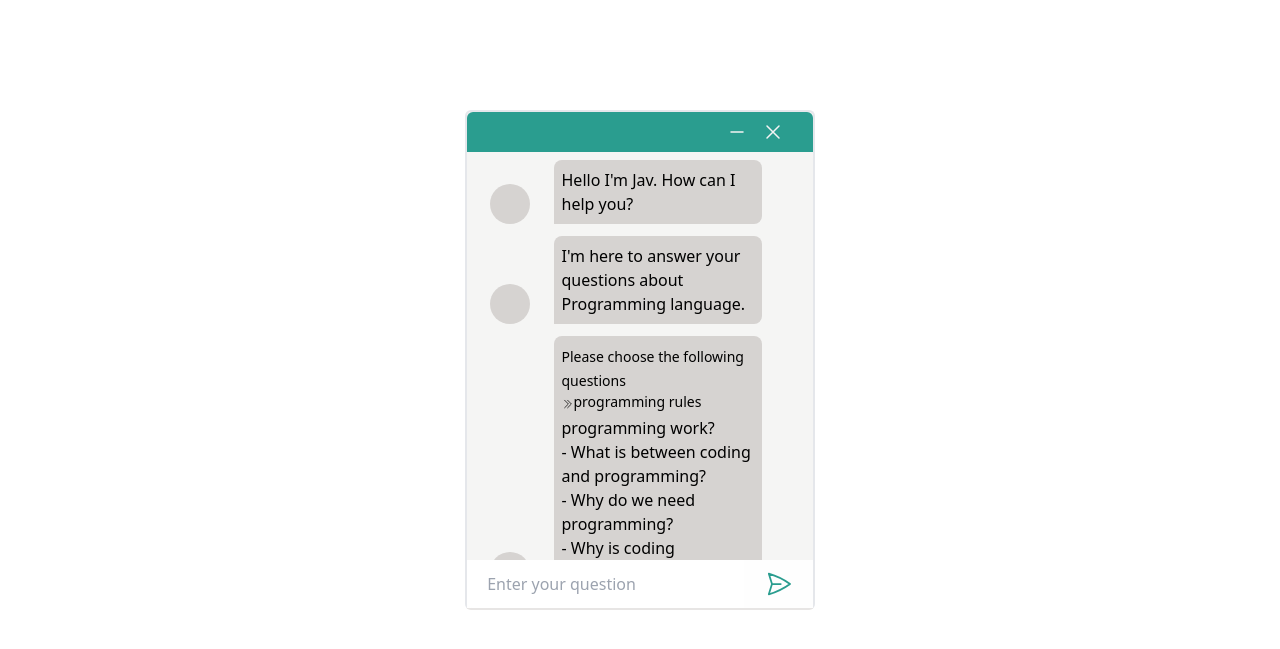
Repository: hsumyatm7308/Chatbot
Page: index.html
These files come from the project's save history. The page is drawn as it stood at one moment and after the next save; the edit follows.
The browser window is 1280 px wide. The pictures show the whole page.
Some web libraries are served in a nearby version.

Above is the page before, as saved 2023-07-09 12:44:08.

### index.html
<!DOCTYPE html>
<html>

<head>
    <title>Chat Bot</title>
    <script src="https://cdn.tailwindcss.com"></script>
</head>

<body class="bg-[#fffff]">

    <div class="w-screen h-screen flex justify-center items-center   container">
        <div class="w-[350px] h-[500px] bg-[#f4f4f4] border-2 border-b-stone-200 rounded-md relative chatbot-container">
            <div
                class="w-full h-10 text-[#f4f4f4] bg-[#2a9d8f] rounded-tl-md rounded-tr-md flex justify-end items-center">
                <svg xmlns="http://www.w3.org/2000/svg" fill="none" viewBox="0 0 24 24" stroke-width="1.5"
                    stroke="currentColor" class="w-6 h-6 mr-3">
                    <path stroke-linecap="round" stroke-linejoin="round" d="M18 12H6" />
                </svg>

                <svg xmlns="http://www.w3.org/2000/svg" fill="none" viewBox="0 0 24 24" stroke-width="1.5"
                    stroke="currentColor" class="w-6 h-6 mr-7">
                    <path stroke-linecap="round" stroke-linejoin="round" d="M6 18L18 6M6 6l12 12" />
                </svg>

            </div>

            <div class="w-full h-[410px] bg-stone-100 overflow-y-scroll">
                <div class="w-full grid grid-cols-4 flex profile-side mt-2 mb-3">
                    <div class="w-full h-auto flex justify-center items-end">
                        <div class="w-10 h-10 rounded-full bg-stone-300">

                        </div>
                    </div>
                    <div class=" col-span-3">
                        <div class="w-full h-auto ">
                            <div class="w-52 h-full bg-stone-300 rounded-lg rounded-bl-none p-2">
                                <span>Hello I'm Jav. How can I help you?</span>
                            </div>
                        </div>
                    </div>
                </div>


                <div class="w-full grid grid-cols-4 flex profile-side mt-2 mb-3">
                    <div class="w-full h-auto flex justify-center items-end">
                        <div class="w-10 h-10 rounded-full bg-stone-300">

                        </div>
                    </div>
                    <div class=" col-span-3">
                        <div class="w-full h-auto ">
                            <div class="w-52 h-full bg-stone-300 rounded-lg rounded-bl-none p-2">
                                <span class="">I'm here to answer your questions about Programming language.</span>
                            </div>
                        </div>
                    </div>
                </div>



                <div class="w-full grid grid-cols-4 flex profile-side mt-2 mb-3">
                    <div class="w-full h-auto flex justify-center items-end">
                        <div class="w-10 h-10 rounded-full bg-stone-300">

                        </div>
                    </div>
                    <div class=" col-span-3">
                        <div class="w-full h-auto ">
                            <div class="w-52 h-full bg-stone-300 rounded-lg rounded-bl-none p-2">
                                <span>
                                    <span class="text-sm">Please choose the following questions</span>
                                    <ul class="">
                                        <li class="text-md flex"><a href="" class="text-sm flex justify-center items-center"><svg xmlns="http://www.w3.org/2000/svg"
                                                    fill="none" viewBox="0 0 24 24" stroke-width="1.5"
                                                    stroke="currentColor" class="w-3 h-3">
                                                    <path stroke-linecap="round" stroke-linejoin="round"
                                                        d="M11.25 4.5l7.5 7.5-7.5 7.5m-6-15l7.5 7.5-7.5 7.5" />
                                                </svg>
                                               <span class="mb-1">programming rules</span></a></li>
                                        <li class="text-md"><a href=""> programming work?</a></li>
                                        <li class="text-md"><a href="">- What is between coding and programming?</a>
                                        </li>
                                        <li class="text-md"><a href="">- Why do we need programming?</a></li>
                                        <li class="text-md"><a href="">- Why is coding important?</a></li>
                                    </ul>
                                </span>
                            </div>
                        </div>
                    </div>
                </div>


                <!-- from cus -->
                <div class="w-full  flex justify-end  profile-side mt-2 mb-3">
                    <div>
                        <div class="w-full h-auto  flex justify-end">
                            <div class="w-52 h-full bg-stone-300 rounded-lg rounded-br-none  p-2">
                                <span>I'm here to answer your questions about Programming language.</span>
                            </div>
                        </div>
                    </div>



                </div>

            </div>




            <div class="w-full h-12 bg-red-100 absolute bottom-0 z-10">
                <form action="" class="w-full h-12 bg-[#fefefe] flex justify-between items-center">
                    <input type="text" class="w-[80%] h-full  rounded-bl-md p-4" placeholder=" Enter your question">

                    <button type="submit" class="mr-5">
                        <svg xmlns="http://www.w3.org/2000/svg" fill="none" viewBox="0 0 24 24" stroke-width="1.5"
                            stroke="currentColor" class="w-7 h-7 text-[#2a9d8f]">
                            <path stroke-linecap="round" stroke-linejoin="round"
                                d="M6 12L3.269 3.126A59.768 59.768 0 0121.485 12 59.77 59.77 0 013.27 20.876L5.999 12zm0 0h7.5" />
                        </svg>

                    </button>
                </form>
            </div>


        </div>


    </div>


</body>

</html>

After the next save:
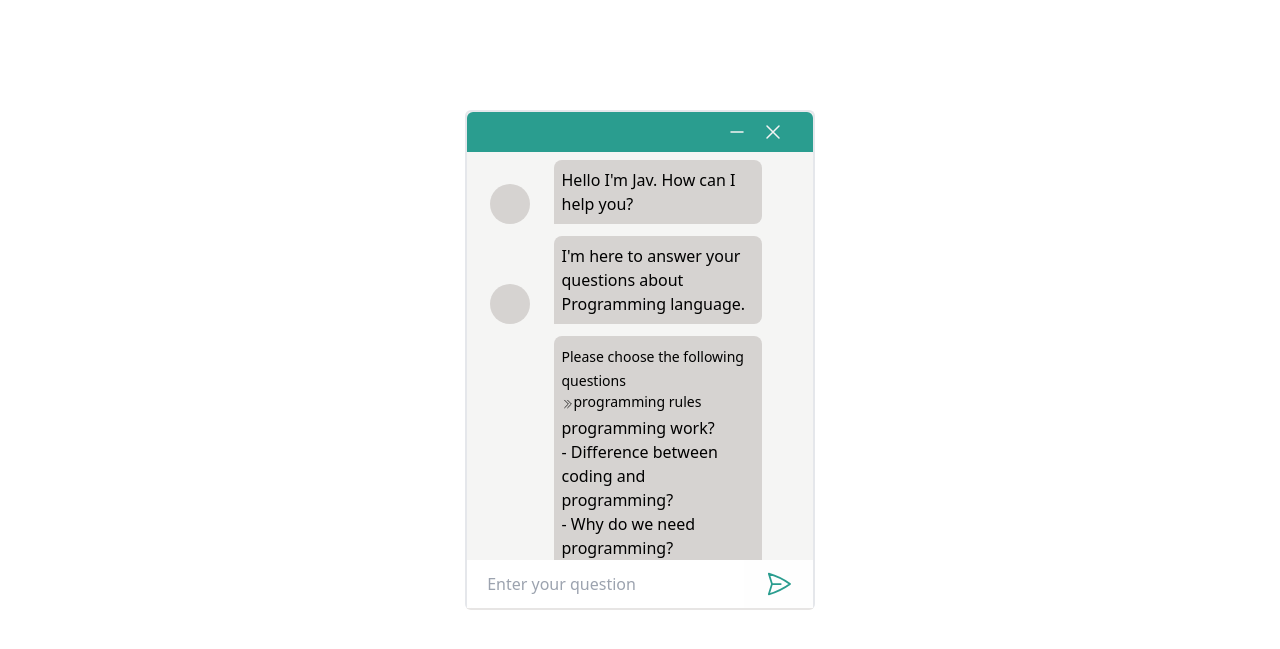
Saved 14 s later.
--- a/index.html
+++ b/index.html
@@ -78,7 +78,7 @@
                                                 </svg>
                                                <span class="mb-1">programming rules</span></a></li>
                                         <li class="text-md"><a href=""> programming work?</a></li>
-                                        <li class="text-md"><a href="">- What is between coding and programming?</a>
+                                        <li class="text-md"><a href="">- Difference between coding and programming?</a>
                                         </li>
                                         <li class="text-md"><a href="">- Why do we need programming?</a></li>
                                         <li class="text-md"><a href="">- Why is coding important?</a></li>
